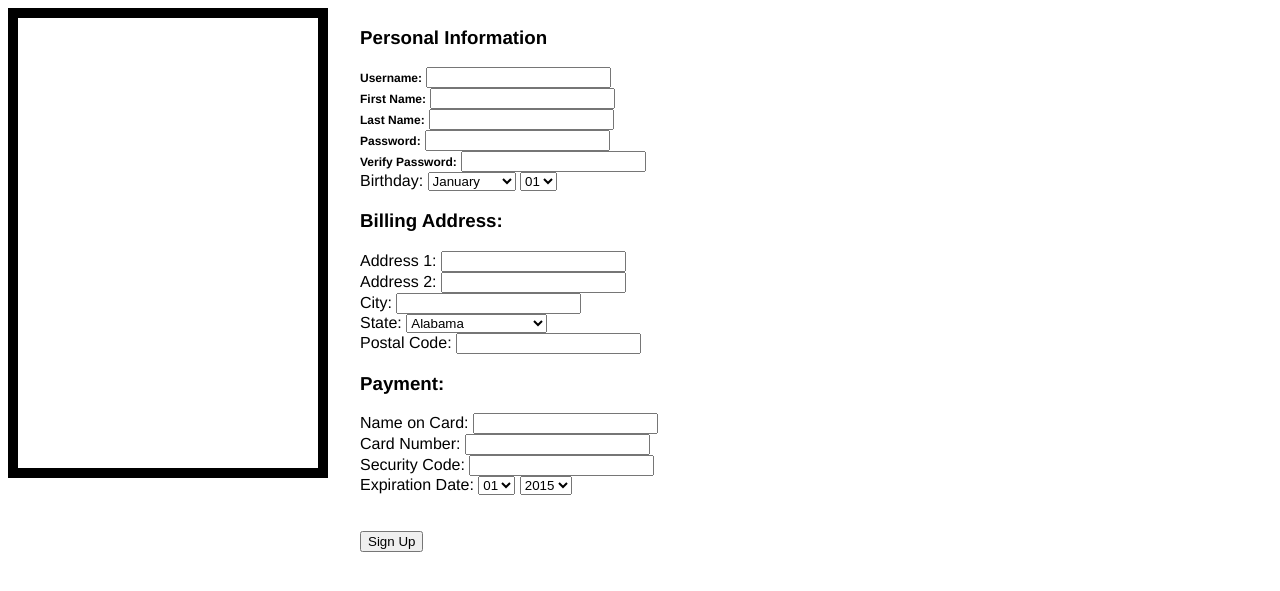
Repository: kesquili/kesquili.github.io
Page: fitin/signup.html
The author's editor kept a record of every edit. The page is drawn from the files as they stood at one moment, then again after the next edit.
The browser window is 1280 px wide. The pictures show the whole page.

Above is the page before.

### fitin/signup.html
<html>
  <head>
  <title>Fitin: A Men's Styling Brand</title>
  <link rel="stylesheet" href="styles.css">
  </head>
<body>
     <div class="sideimage">
     </div>
     <div class="signup">
         <form action="action_page.php">
            <h3>Personal Information</h3>
            <h6>Username:</h6>
            <input type="text" name="username">
            <br>
            <h6>First Name:</h6>
            <input type="text" name="firstname">
            <br>
            <h6>Last Name:</h6>
            <input type="text" name="lastname">
            <br>
            <h6>Password:</h6>
            <input type="text" name="password">
            <br>
            <h6>Verify Password:</h6>
            <input type="text" name="password">
            <br>
            Birthday:
            <select name="month" id="month" onchange="" size="1">
                <option value="01">January</option>
                <option value="02">February</option>
                <option value="03">March</option>
                <option value="04">April</option>
                <option value="05">May</option>
                <option value="06">June</option>
                <option value="07">July</option>
                <option value="08">August</option>
                <option value="09">September</option>
                <option value="10">October</option>
                <option value="11">November</option>
                <option value="12">December</option>
            </select>
            <select name="day" id="day" onchange="" size="1">
                <option value="01">01</option>
                <option value="02">02</option>
                <option value="03">03</option>
                <option value="04">04</option>
                <option value="05">05</option>
                <option value="06">06</option>
                <option value="07">07</option>
                <option value="08">08</option>
                <option value="09">09</option>
                <option value="10">10</option>
                <option value="11">11</option>
                <option value="12">12</option>
                <option value="13">13</option>
                <option value="14">14</option>
                <option value="15">15</option>
                <option value="16">16</option>
                <option value="17">17</option>
                <option value="18">18</option>
                <option value="19">19</option>
                <option value="20">20</option>
                <option value="21">21</option>
                <option value="22">22</option>
                <option value="23">23</option>
                <option value="24">24</option>
                <option value="25">25</option>
                <option value="26">26</option>
                <option value="27">27</option>
                <option value="28">28</option>
                <option value="29">29</option>
                <option value="30">30</option>
                <option value="31">31</option>
            </select>
            <br>
            <h3>Billing Address:</h3>
            Address 1:
            <input type="text" name="address1">
             <br>
            Address 2:
            <input type="text" name="address2">
             <br>
            City:
            <input type="text" name="city">
             <br>
            State:
            <select>
            	<option value="AL">Alabama</option>
            	<option value="AK">Alaska</option>
            	<option value="AZ">Arizona</option>
            	<option value="AR">Arkansas</option>
            	<option value="CA">California</option>
            	<option value="CO">Colorado</option>
            	<option value="CT">Connecticut</option>
            	<option value="DE">Delaware</option>
            	<option value="DC">District Of Columbia</option>
            	<option value="FL">Florida</option>
            	<option value="GA">Georgia</option>
            	<option value="HI">Hawaii</option>
            	<option value="ID">Idaho</option>
            	<option value="IL">Illinois</option>
            	<option value="IN">Indiana</option>
            	<option value="IA">Iowa</option>
            	<option value="KS">Kansas</option>
            	<option value="KY">Kentucky</option>
            	<option value="LA">Louisiana</option>
            	<option value="ME">Maine</option>
            	<option value="MD">Maryland</option>
            	<option value="MA">Massachusetts</option>
            	<option value="MI">Michigan</option>
            	<option value="MN">Minnesota</option>
            	<option value="MS">Mississippi</option>
            	<option value="MO">Missouri</option>
            	<option value="MT">Montana</option>
            	<option value="NE">Nebraska</option>
            	<option value="NV">Nevada</option>
            	<option value="NH">New Hampshire</option>
            	<option value="NJ">New Jersey</option>
            	<option value="NM">New Mexico</option>
            	<option value="NY">New York</option>
            	<option value="NC">North Carolina</option>
            	<option value="ND">North Dakota</option>
            	<option value="OH">Ohio</option>
            	<option value="OK">Oklahoma</option>
            	<option value="OR">Oregon</option>
            	<option value="PA">Pennsylvania</option>
            	<option value="RI">Rhode Island</option>
            	<option value="SC">South Carolina</option>
            	<option value="SD">South Dakota</option>
            	<option value="TN">Tennessee</option>
            	<option value="TX">Texas</option>
            	<option value="UT">Utah</option>
            	<option value="VT">Vermont</option>
            	<option value="VA">Virginia</option>
            	<option value="WA">Washington</option>
            	<option value="WV">West Virginia</option>
            	<option value="WI">Wisconsin</option>
            	<option value="WY">Wyoming</option>
            </select>
            <br>
            Postal Code:
            <input type="text" name="postalcode">
            <h3>Payment:</h3>
            Name on Card:
            <input type="text" name="cardname">
            <br>
            Card Number:
            <input type="text" name="cardnumber">
            <br>
            Security Code:
            <input type="text" name="cardnumber">
            <br>
            Expiration Date:
            <select name="month" id="month" onchange="" size="1">
                <option value="01">01</option>
                <option value="02">02</option>
                <option value="03">03</option>
                <option value="04">04</option>
                <option value="05">05</option>
                <option value="06">06</option>
                <option value="07">07</option>
                <option value="08">08</option>
                <option value="09">09</option>
                <option value="10">10</option>
                <option value="11">11</option>
                <option value="12">12</option>
            </select>
              <select name="year" id="year" onchange="" size="1">
                <option value="2015">2015</option>
                <option value="2016">2016</option>
                <option value="2017">2017</option>
                <option value="2018">2018</option>
                <option value="2019">2019</option>
                <option value="2020">2020</option>
                <option value="2021">2021</option>
                <option value="2022">2022</option>
                <option value="2023">2023</option>
                <option value="2024">2024</option>
            </select>
            <br>
            <br><br>
            <input type="submit" value="Sign Up">


            </form>
     </div>

### fitin/styles.css
body {
font: 14px;
font-family: Helvetica, sans-serif;
}

.results h4{
    border: 5px;
    border-color: black;
    border-style: solid;
    margin:30px;
    width: 200px;
    height: 300px;
    float: left;
}

.breakdown h4{
    border: 5px;
    border-color: black;
    border-style: solid;
    margin:30px;
    width: 100px;
    height: 200px;
    float: left;
    position: relative;
}

.sideimage {
    border: 10px solid black;
    width: 300px;
    height: 450px;
    float: left;
    margin-right: 12px;
}
.signup{
    margin-left: 20px;
    float: left;

}
.sell{
    max-width: 500px;
    display: inline;
    position: relative;
}
h6{
    font-size: 12px;
    font-family: Helvetica, sans-serif;
    padding: 0;
    display: inline;
    text-align: right;
}
nav{
    text-align: center;
    position: relative;
}
ul {
    list-style: none;
    padding: 0px;
    margin: 0px;
}

ul li {
    display: block;
    position: relative;
    float: left;
    border: 1px solid #000
}

li ul {
    display: none;
}

ul li a {
    display: block;
    background: #000;
    padding: 5px 10px 5px 10px;
    text-decoration: none;
    white-space: nowrap;color: #fff;
}

ul li a:hover {
    background: gray;
}

li:hover ul {
    display: block;
    position: absolute;
}

li:hover li {
    float: none;
}

li:hover a {
    background: gray;
}

li:hover li a:hover {
    background: #000;
}

nav li ul li {
      border-top: 0px;
  }

After the next edit:
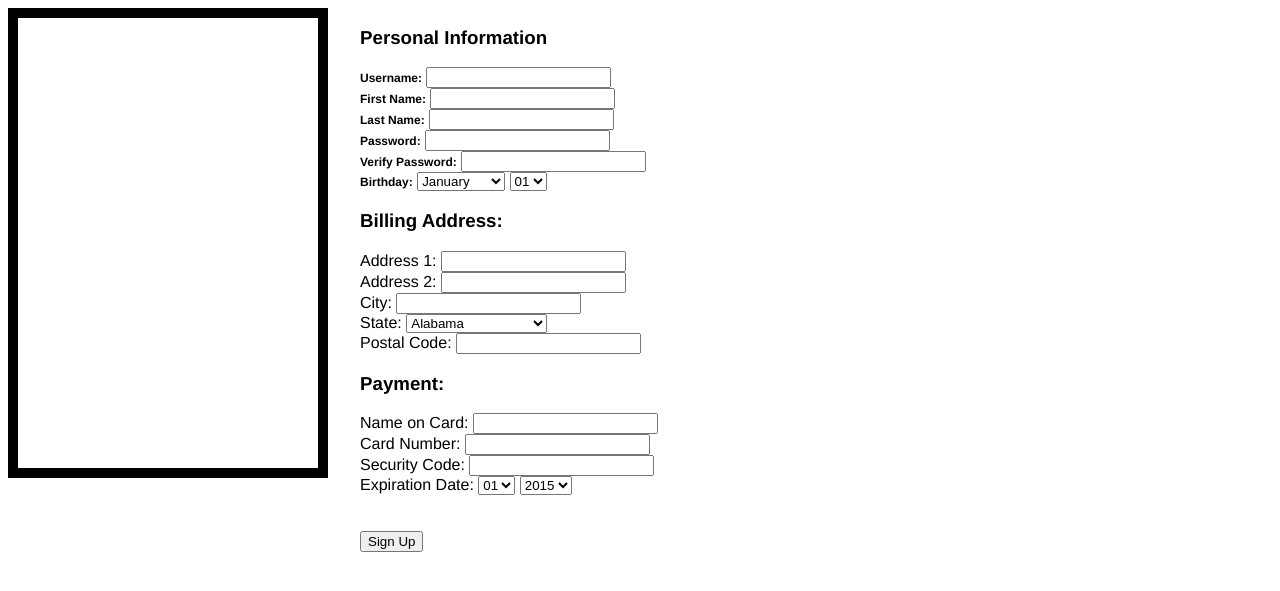
The edit:
--- a/fitin/signup.html
+++ b/fitin/signup.html
@@ -24,7 +24,7 @@
             <h6>Verify Password:</h6>
             <input type="text" name="password">
             <br>
-            Birthday:
+            <h6>Birthday:</h6>
             <select name="month" id="month" onchange="" size="1">
                 <option value="01">January</option>
                 <option value="02">February</option>
